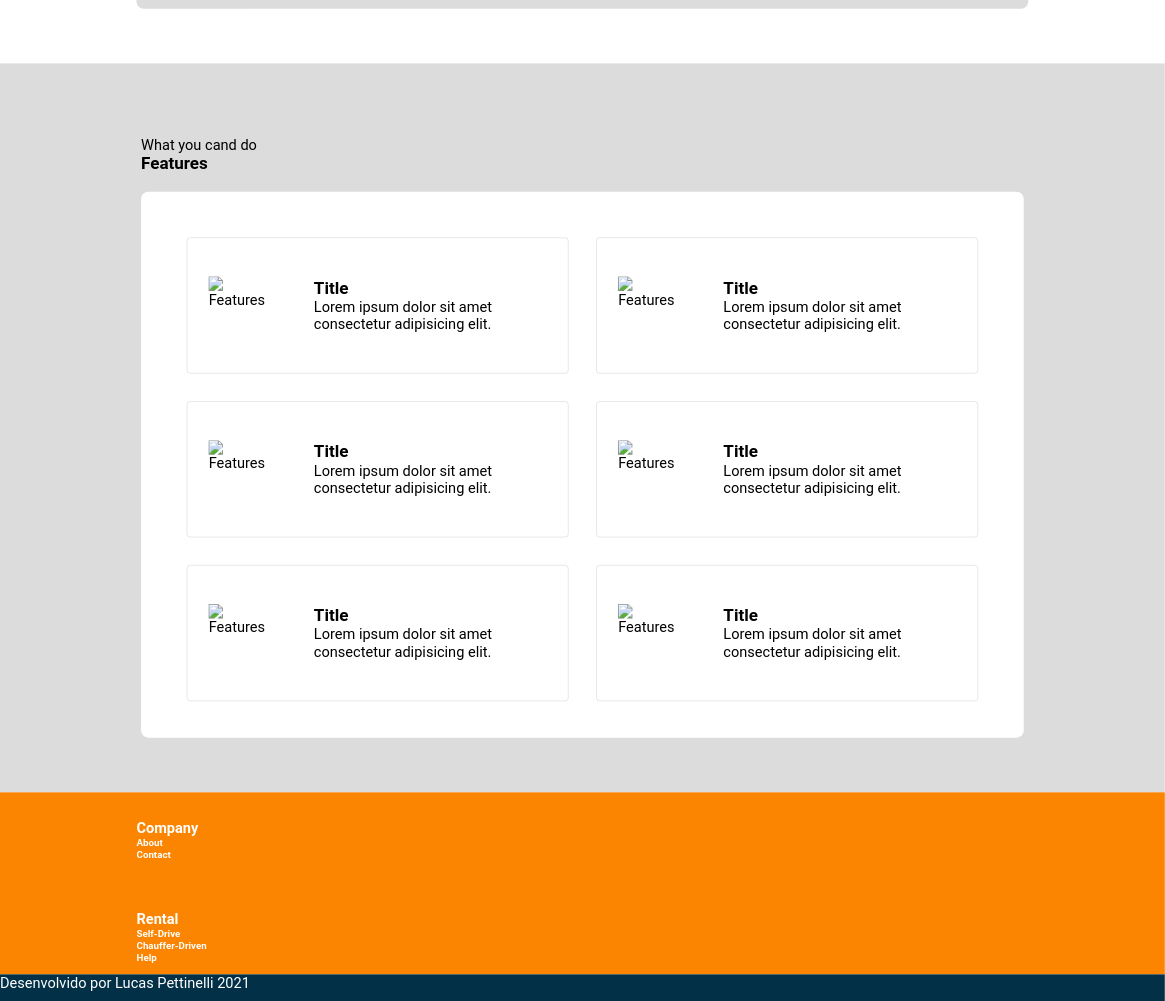
Repository: pettinelli1202/ElectriCar
Page: index.html
The author's editor kept a copy of each file at every save. The page is drawn from the files as they stood at one save, then again after a run of saves.
The browser window is 1280 px wide. The pictures show the part of the page from y = 2892 to 3992 px (the page is 4013 px tall), at 91% of full size.
A picture or video elsewhere on the page could not be fetched, so the positions and the page height are approximate. An inner scrolling area shows only its first screen. Some web fonts or font styles are not loaded; a fallback is used.

Above is the page before, as saved 2023-03-27 23:59:26.

After the next 2 saves:
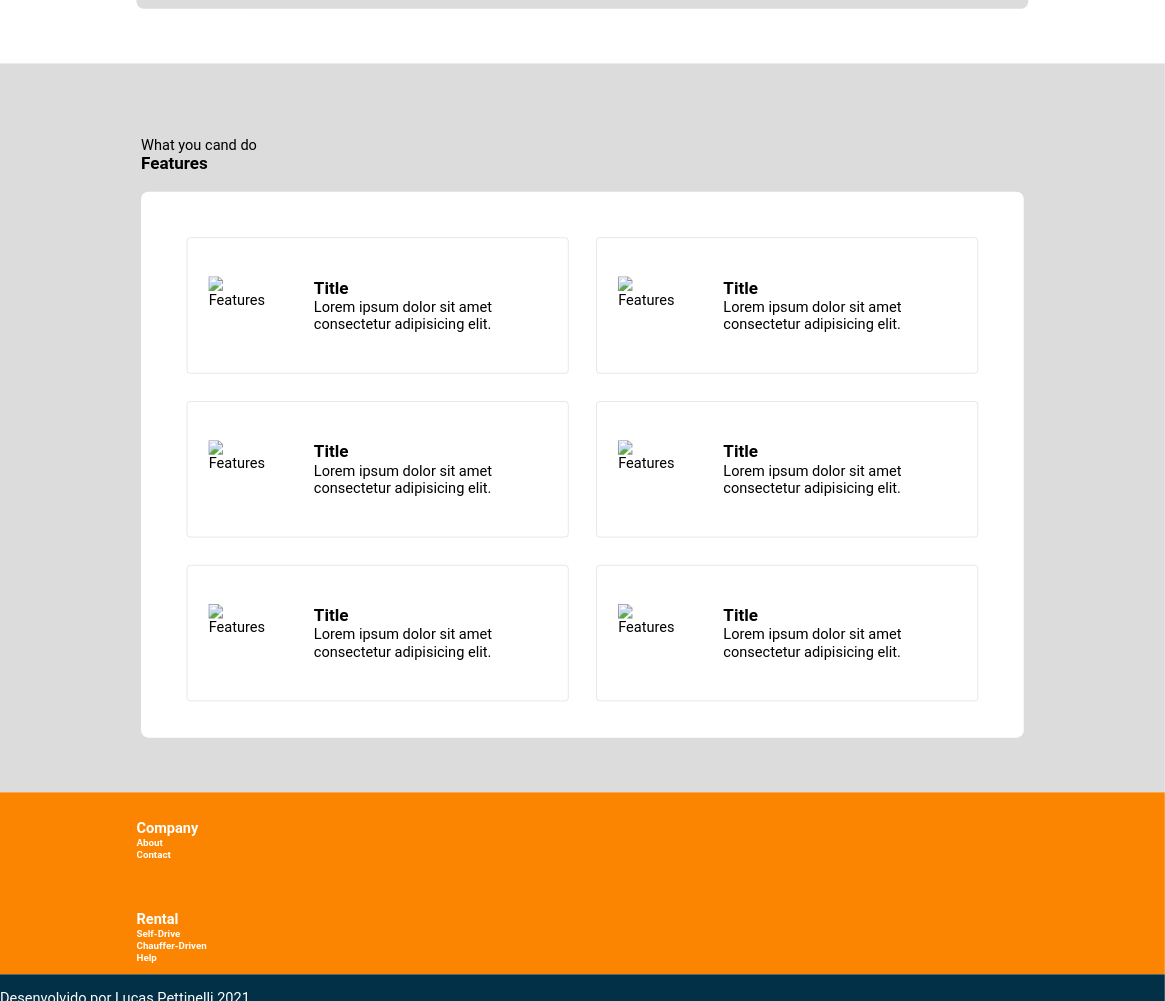
The 2 saves are shown as one change because they came seconds apart.
The last was saved 6 s later.
--- a/css/style.css
+++ b/css/style.css
@@ -401,4 +401,5 @@ footer .last {
     background: #023047;
     color: white;
     display: flex;
-}
+    align-items: center;
+}
